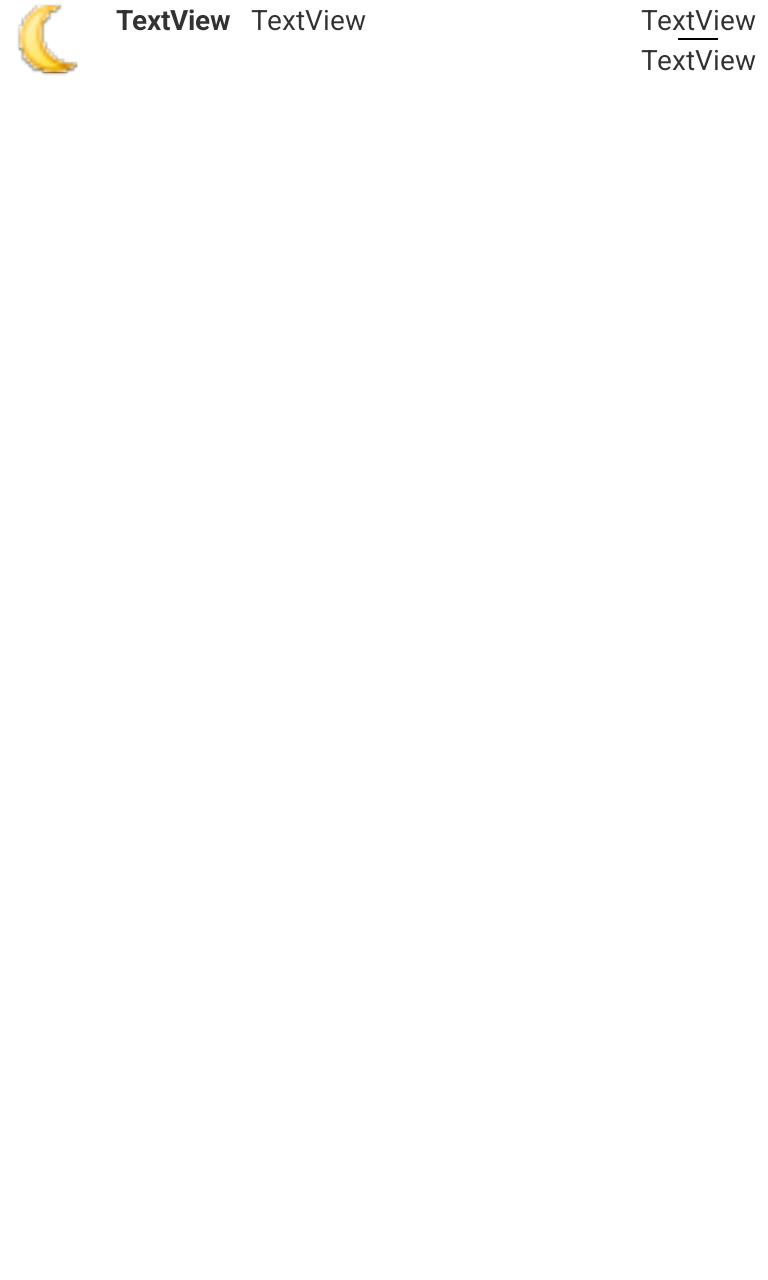
Repository: AndroidTNTU-3/WeatherStation2
Layout: WStation/res/layout/rowlayout.xml
The author's editor kept a copy of each file at every save. The layout is drawn from the files as they stood at one save, then again after the next save.
It is drawn on a 768 x 1280 px phone screen (xhdpi) without system bars, with theme AppTheme; the app's code is not run.

Above is the layout before, as saved 2014-04-24 13:28:46.

After the next save:
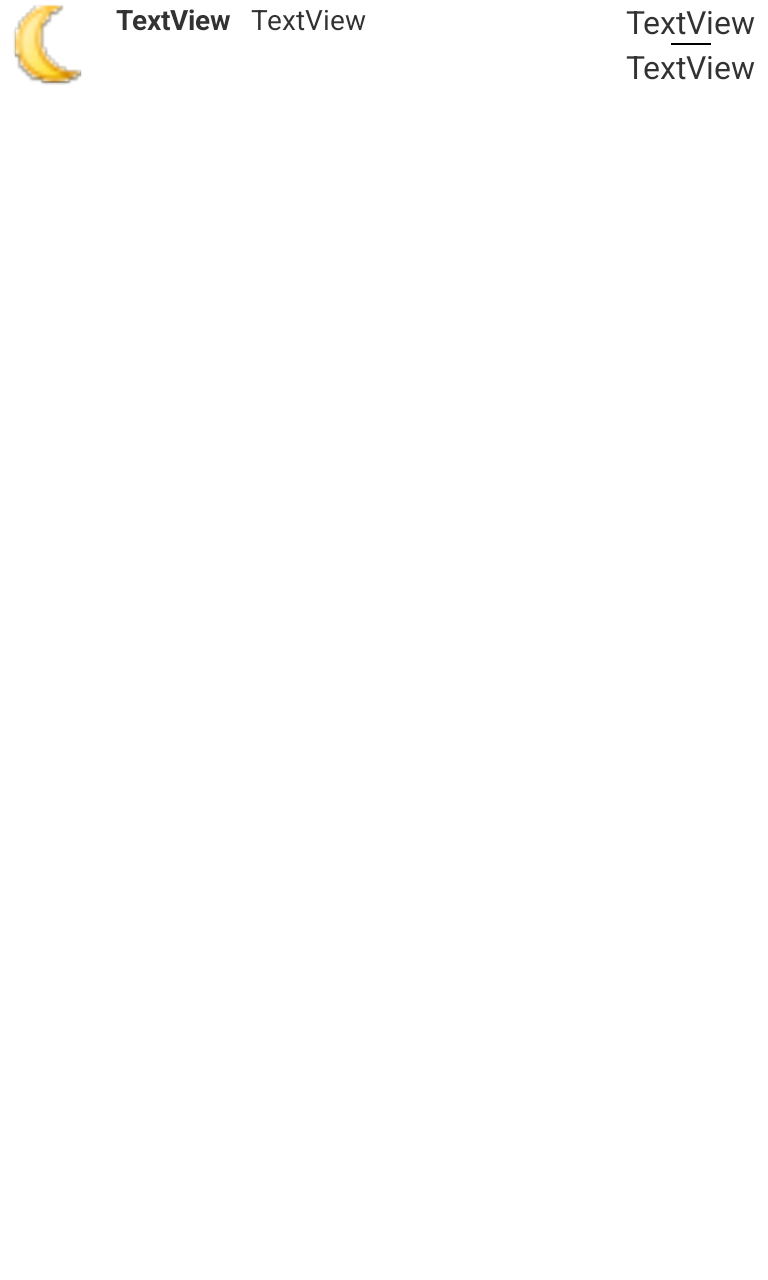
Saved 2 min 23 s later.
--- a/WStation/res/layout/rowlayout.xml
+++ b/WStation/res/layout/rowlayout.xml
@@ -19,6 +19,7 @@
             android:layout_height="wrap_content"
             android:layout_alignParentLeft="true"
             android:layout_alignParentTop="true"
+            android:textSize="@dimen/text_size_medium"
             android:text="TextView" />
 
         <LinearLayout
@@ -35,6 +36,7 @@
             android:layout_width="wrap_content"
             android:layout_height="wrap_content"
             android:layout_below="@+id/rect"
+            android:textSize="@dimen/text_size_medium"
             android:text="TextView" />
     </LinearLayout>
 
